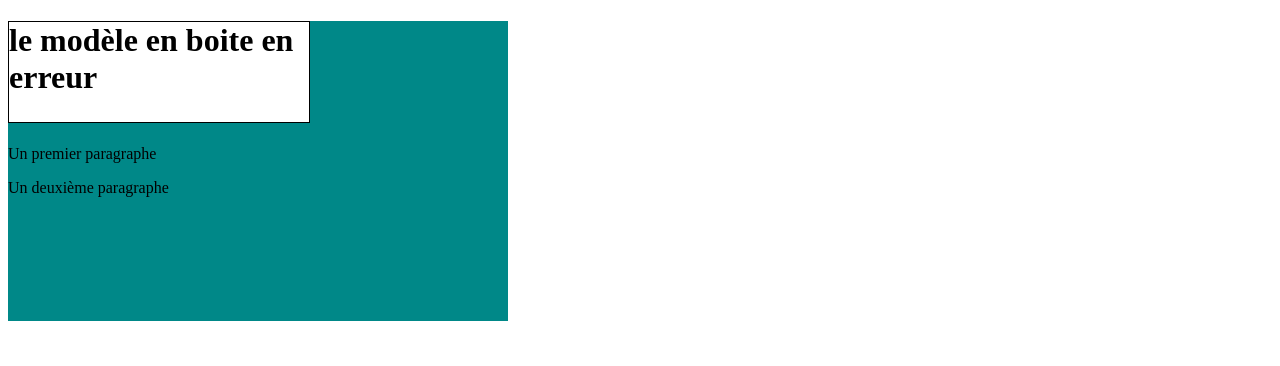
Repository: serviceshuios/-git-reference-java-lyon-worspace
Page: workspaceWeb/MaPremierePage/WebContent/ModeleEnBoiteErreur.html
The author's editor kept a copy of each file at every save. The page is drawn from the files as they stood at one save, then again after the next save.
The browser window is 1280 px wide. The pictures show the whole page.

Above is the page before, as saved 2017-04-04 08:22:06.

### workspaceWeb/MaPremierePage/WebContent/ModeleEnBoiteErreur.html
<!DOCTYPE html>
<html>
<head>
	<meta charset="UTF-8">
	<title>modèle en boite en erreur</title>
	<link rel="stylesheet" href="css/style11.css" />
</head>
<body>
<div>
	<h1>le modèle en boite en erreur</h1>
	<p class="para1">Un premier paragraphe</p>
	<p class="para2">Un deuxième paragraphe</p>
</div>
</body>
</html>

### workspaceWeb/MaPremierePage/WebContent/css/style11.css
div{
	background-color: #088;
	width:500px;
	height: 300px;
}
h1{
	width:300px;
	background-color:white;
	height: 100px;
	border:1px solid black;
}

After the next save:
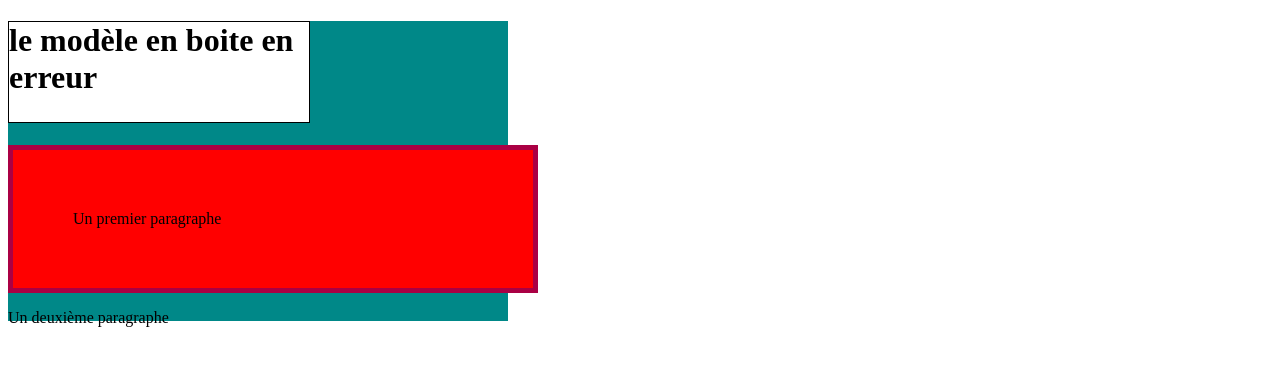
Saved 109 s later.
--- a/workspaceWeb/MaPremierePage/WebContent/css/style11.css
+++ b/workspaceWeb/MaPremierePage/WebContent/css/style11.css
@@ -9,3 +9,9 @@ h1{
 	height: 100px;
 	border:1px solid black;
 }
+.para1{
+	width:400px;
+	background-color: red;
+	padding:60px;
+	border:5px solid #A04;
+}
